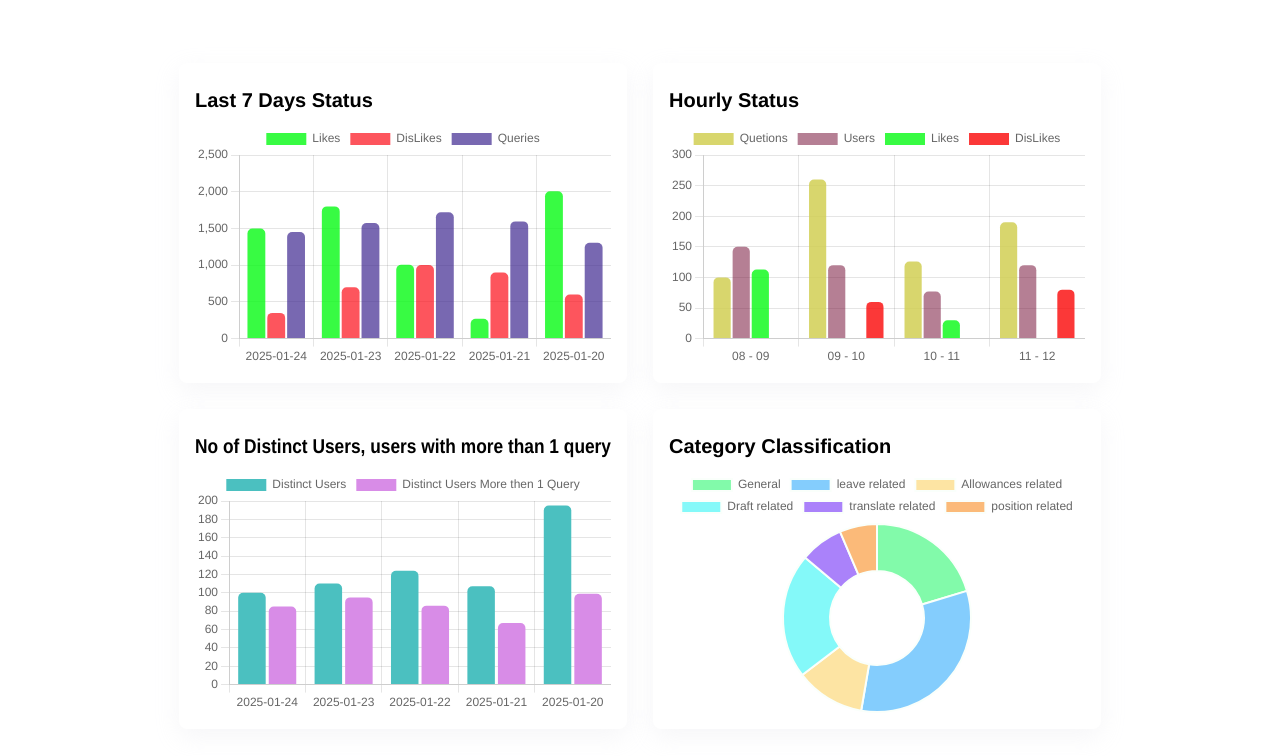
Repository: NAGARAJ-DEVELOPER/Dashboard
Page: /
An editor plug-in stored every save of this project. The page is shown before and after the next save, followed by the edit.
The browser window is 1280 px wide. The pictures show the whole page.
The project was rebuilt for these pictures with package versions that can differ from the ones it lists, and the page was loaded fresh each time. Also part of the build but not shown: vite.config.js.

Above is the page before, as saved 2025-02-12 00:27:00.

### src/App.jsx
import React from "react";
import { Chart as ChartJS, defaults } from "chart.js/auto";
import { Bar, Doughnut, Line, Pie } from "react-chartjs-2";

import "./App.css";


import sourceData from "./data/sourceData.json";
import Week from "./data/7days.json";
import toady from "./data/Today.json";
import user from "./data/Users.json";
import category from "./data/Category.json";

defaults.maintainAspectRatio = false;
defaults.responsive = true;

defaults.plugins.title.display = true;
defaults.plugins.title.align = "start";
defaults.plugins.title.font.size = 20;
defaults.plugins.title.color = "black";

export const App = () => {


  return (
   <>
   <div>
    <br></br>
    <br></br>
   </div>
    <div className="App">

        <div className="dataCard categoryCard">
        <Bar
          data={{
            labels: Week.map((data) => data.DATE1),
            datasets: [
              {
                label: "Likes",
                data: Week.map((data) => data.number_of_likes),
                backgroundColor: [
             "rgba(7, 250, 20, 0.8)",
                ],
                borderRadius: 5,
              },
              {
                label: "DisLikes",
                data: Week.map((data) => data.number_of_dislikes),
                backgroundColor: [

                  "rgba(252, 13, 25, 0.7)",

                ],
                borderRadius: 5,
              },
              {
                label: "Queries",
                data: Week.map((data) => data.number_of_ques),
                backgroundColor: [
                  "rgba(63, 40, 145, 0.7)",
                ],
                borderRadius: 5,
              },
            ],
          }}
          options={{
            plugins: {
              title: {
                text: "Last 7 Days Status",
              },
            },
          }}
        />
      </div>


      <div className="dataCard categoryCard">
        <Bar
          data={{
            labels: toady.map((data) => data.B_TIME),
            datasets: [
              {
                label: "Quetions",
                data: toady.map((data) => data.C_Questions),
                backgroundColor: [
                  "rgba(209, 207, 82, 0.84)",
                ],
                borderRadius: 5,
              },
              {
                label: "Users",
                data: toady.map((data) => data.D_Users),
                backgroundColor: [

                  "rgba(116, 14, 53, 0.53)",

                ],
                borderRadius: 5,
              },
              {
                label: "Likes",
                data: toady.map((data) => data.F_Likes),
                backgroundColor: [
                  "rgba(7, 250, 20, 0.8)",
                ],
                borderRadius: 5,
              },
              {
                label: "DisLikes",
                data: toady.map((data) => data.Dis_Likes),
                backgroundColor: [
                  "rgba(250, 7, 7, 0.8)",
                ],
                borderRadius: 5,
              },
            ],
          }}
          options={{
            plugins: {
              title: {
                text: "Hourly Status",
              },
            },
          }}
        />
      </div>
      <div className="dataCard categoryCard">
        <Bar
          data={{
            labels: user.map((data) => data.DATE1),
            datasets: [
              {
                label: "Distinct Users",
                data: user.map((data) => data.number_of_distinct_users),
                backgroundColor: 'rgb(75, 192, 192)',
                borderRadius: 5,
              },
              {
                label: "Distinct Users More then 1 Query",
                data: user.map((data) => data.Distinct_Users_more_1query),
                backgroundColor: 'rgb(216, 140, 231)',
                borderRadius: 5,
              },
            ],
          }}
          options={{
            plugins: {
              title: {
                text: "No of Distinct Users, users with more than 1 query",
              },
            },
          }}
        />
      </div>


      <div className="dataCard categoryCard">
        <Doughnut
          data={{
            labels: category.map((data) => data.category),
            datasets: [
              {
                label: "Count",
                data: category.map((data) => data.COUNT_CAT),
                backgroundColor: [
                  'rgba(7, 245, 86, 0.5)',
        'rgba(10, 155, 252, 0.5)',
        'rgba(252, 201, 72, 0.5)',
        'rgba(10, 243, 243, 0.5)',
        'rgba(86, 6, 245, 0.5)',
        'rgba(247, 129, 11, 0.55)',
                ],
                borderColor: [
                  'rgb(250, 255, 251)',
                  'rgb(250, 255, 251)',
                  'rgb(250, 255, 251)',
                  'rgb(250, 255, 251)',
                  'rgb(250, 255, 251)',
                  'rgb(250, 255, 251)',
                ],animation :Doughnut,
              },
            ],
          }}
          options={{
            plugins: {
              title: {
                text: "Category Classification",
              },
            },
          }}
        />
      </div>
    </div>
    </>
  );
};

### src/App.css
.App {
  height: 100vh;
  width: 100%;
  display: flex;
  flex-direction: row;
  align-items: center;
  justify-content: center;
  align-content: center;
  gap: 2vw;
  flex-wrap: wrap;
  background-color: #ffffff;
  overflow: auto;
}
.Height{

}
.dataCard {
  background-color: #ffffff;
  border-radius: 0.5em;
  box-shadow: rgba(208, 210, 218, 0.2) 0px 8px 24px;
  padding: 1em;
}

.revenueCard {
  width: 92%;
  height: 20rem;
}

.customerCard {
  width: 50%;
  height: 20rem;
}

.categoryCard {
  width: 35%;
  height: 20rem;
}

### src/data/sourceData.json
[
  {
    "label": "Queries",
    "value": 327787
  },
  {
    "label": "Likes",
    "value": 45877
  },
  {
    "label": "Dislikes",
    "value": 238787
  }
]

### src/data/7days.json
[
    {  "DATE1": "2025-01-24", "number_of_dislikes": 350, "number_of_likes": 1500,  "number_of_ques": 1452 },
    {  "DATE1": "2025-01-23", "number_of_dislikes": 700, "number_of_likes": 1800,  "number_of_ques": 1574 },
    {  "DATE1": "2025-01-22", "number_of_dislikes": 1003, "number_of_likes": 1005,  "number_of_ques": 1720 },
    {  "DATE1": "2025-01-21", "number_of_dislikes": 900, "number_of_likes": 270,  "number_of_ques": 1596 },
    {  "DATE1": "2025-01-20", "number_of_dislikes": 600, "number_of_likes": 2005,  "number_of_ques": 1304 }
  ]

### src/data/Today.json
[
  { "A_DATE": "2025-01-27", "B_TIME": "08 - 09", "C_Questions": 100, "D_Users": 150 ,"F_Likes": 113},
  { "A_DATE": "2025-01-27",  "B_TIME": "09 - 10", "C_Questions": 260, "D_Users": 120,"Dis_Likes":60},
  { "A_DATE": "2025-01-27", "B_TIME": "10 - 11", "C_Questions": 126, "D_Users": 77, "F_Likes": 30 },
  { "A_DATE": "2025-01-27", "B_TIME": "11 - 12", "C_Questions": 190, "D_Users": 120,"Dis_Likes":80 }
]

### src/data/Users.json
[
  {  "DATE1": "2025-01-24", "number_of_distinct_users": 100, "Distinct_Users_more_1query": 85 },
  {  "DATE1": "2025-01-23", "number_of_distinct_users": 110, "Distinct_Users_more_1query": 95 },
  {  "DATE1": "2025-01-22", "number_of_distinct_users": 124, "Distinct_Users_more_1query": 86  },
  {  "DATE1": "2025-01-21", "number_of_distinct_users": 107, "Distinct_Users_more_1query": 67  },
  {  "DATE1": "2025-01-20", "number_of_distinct_users": 195, "Distinct_Users_more_1query": 99  }
]

### src/data/Category.json
[
  { "category": "General", "COUNT_CAT": 2434 },
  { "category": "leave related", "COUNT_CAT": 3870 },
  { "category": "Allowances related", "COUNT_CAT": 1430 },
  { "category": "Draft related", "COUNT_CAT": 2569 },
  { "category": "translate related", "COUNT_CAT": 891 },
  { "category": "position related", "COUNT_CAT": 770 }
]

Loaded but not shown: index.html (common file); src/main.jsx (common file); src/index.css (common file)

After the next save:
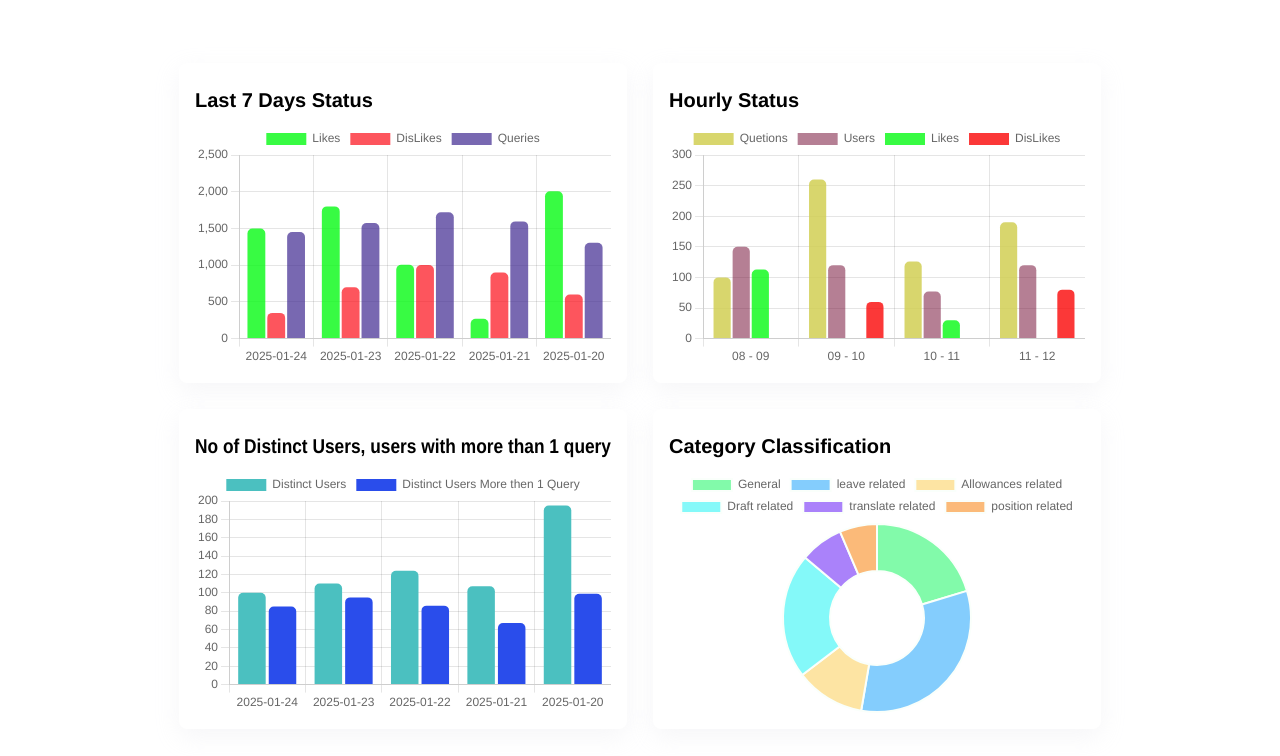
Saved 71 s later.
--- a/src/App.jsx
+++ b/src/App.jsx
@@ -138,7 +138,7 @@ export const App = () => {
               {
                 label: "Distinct Users More then 1 Query",
                 data: user.map((data) => data.Distinct_Users_more_1query),
-                backgroundColor: 'rgb(216, 140, 231)',
+                backgroundColor: 'rgb(42, 77, 235)',
                 borderRadius: 5,
               },
             ],
